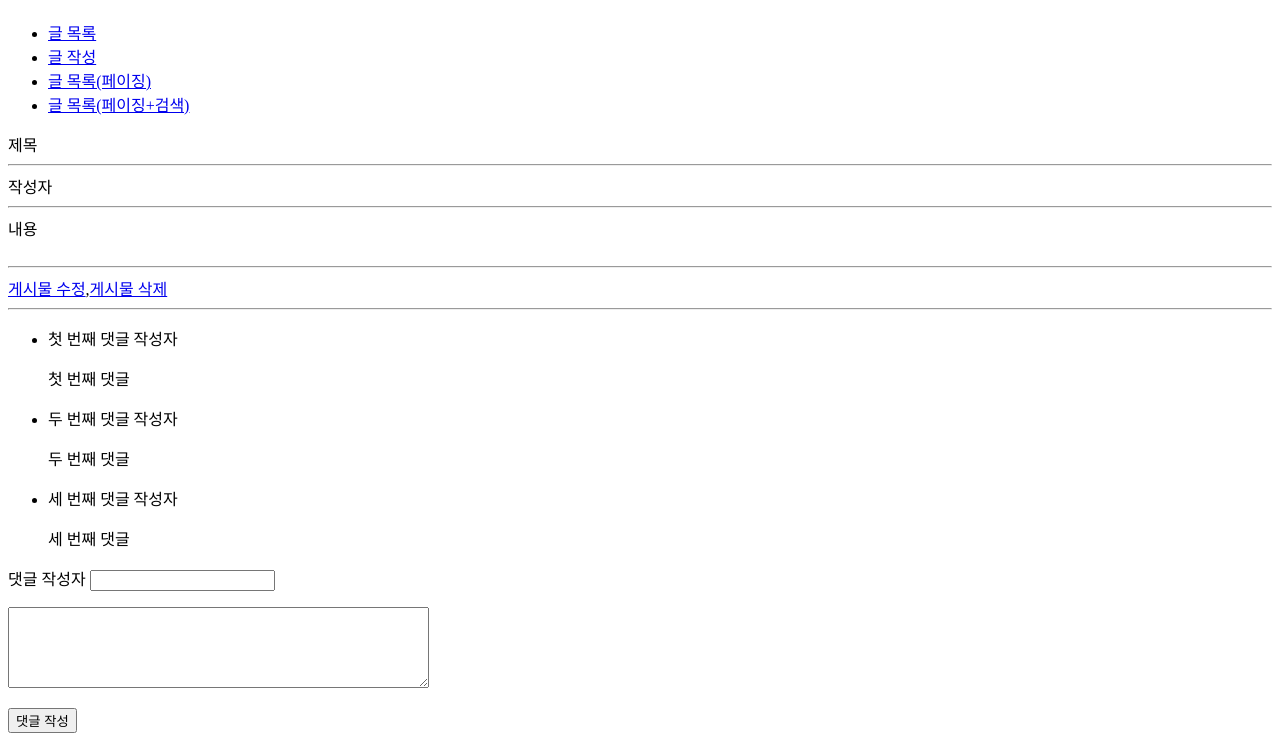
Repository: parkdonghwan97/Board_Spring
Page: http://localhost/board/WEB-INF/views/board/view.jsp
These files come from the project's save history. The page is drawn as it stood at one moment and after the next save; the edit follows.
The browser window is 1280 px wide. The pictures show the whole page.
The page is served by Tomcat 9. Nobody is signed in. Other server files are loaded and not shown. The template is opened directly, without the code that normally fills it, so the values that code supplies are empty.

Above is the page before, as saved 2022-07-10 11:20:10.

### workspace/board/src/main/webapp/WEB-INF/views/board/view.jsp
<%@ taglib uri="http://java.sun.com/jsp/jstl/core" prefix="c" %>
<%@ page language="java" contentType="text/html; charset=UTF-8" pageEncoding="UTF-8"%>
<!DOCTYPE html>
<html>
<head>
<meta charset="UTF-8">
<h2><title>게시물 조회</title></h2>
</head>
<body>
<!-- 메뉴 include -->
<div id="nav">
 <%@ include file="../include/nav.jsp" %>
</div>

<form method="post">

<label>제목</label>
${view.title}<br /><hr>

<label>작성자</label>
${view.writer}<br /><hr>

<label>내용</label><br />
${view.content}<br /><hr>

<div>
<a href="/board/modify?bno=${view.bno}">게시물 수정</a>,<a href="/board/delete?bno=${view.bno}">게시물 삭제</a>
</div>

</form>
<!-- 댓글 시작 -->

<hr />

<ul>
	<li>
		<div>
			<p>첫 번째 댓글 작성자</p>
			<p>첫 번째 댓글</p>
		</div>
	</li>
	<li>
		<div>
			<p>두 번째 댓글 작성자</p>
			<p>두 번째 댓글</p>
		</div>
	</li>
	<li>
		<div>
			<p>세 번째 댓글 작성자</p>
			<p>세 번째 댓글</p>
		</div>
	</li>
</ul>

<div>
	<p>
		<label>댓글 작성자</label> <input type="text">
	</p>

	<p>
		<textarea rows="5" cols="50"></textarea>
	</p>

	<p>
		<button type="button">댓글 작성</button>
	</p>
</div>






<!-- 댓글 끝 -->

</body>
</html>

### workspace/board/src/main/webapp/WEB-INF/views/include/nav.jsp
<%@ page language="java" contentType="text/html; charset=UTF-8"
    pageEncoding="UTF-8"%>

<ul>
 <li>
  <a href="/board/list">글 목록</a>
 </li>

 <li>
  <a href="/board/write">글 작성</a>
 </li>

<li>
	<a href="/board/listPage?num=1">글 목록(페이징)</a>
</li>
 <li>
  <a href="/board/listPageSearch?num=1">글 목록(페이징+검색)</a>
 </li>
</ul>

After the next save:
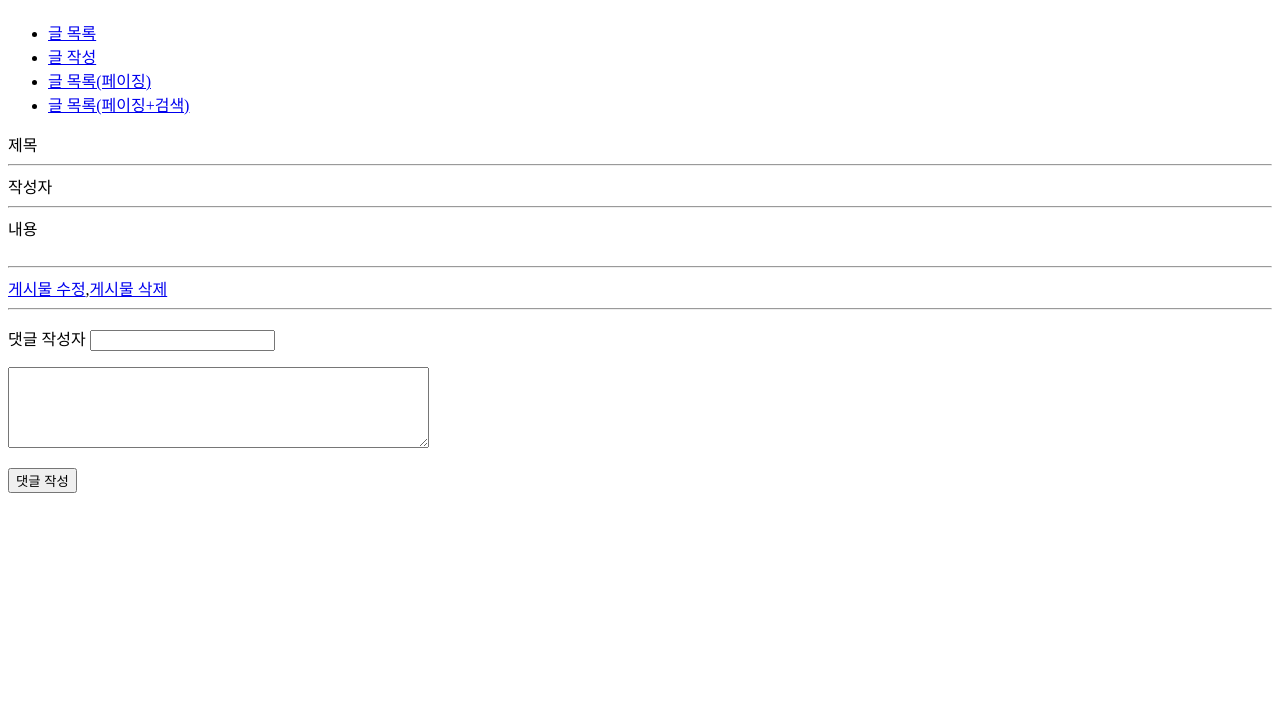
Saved 8 min 45 s later.
--- a/workspace/board/src/main/webapp/WEB-INF/views/board/view.jsp
+++ b/workspace/board/src/main/webapp/WEB-INF/views/board/view.jsp
@@ -33,7 +33,7 @@ ${view.content}<br /><hr>
 <hr />
 
 <ul>
-	<li>
+	<!-- <li>
 		<div>
 			<p>첫 번째 댓글 작성자</p>
 			<p>첫 번째 댓글</p>
@@ -50,7 +50,7 @@ ${view.content}<br /><hr>
 			<p>세 번째 댓글 작성자</p>
 			<p>세 번째 댓글</p>
 		</div>
-	</li>
+	</li> -->
 </ul>
 
 <div>
